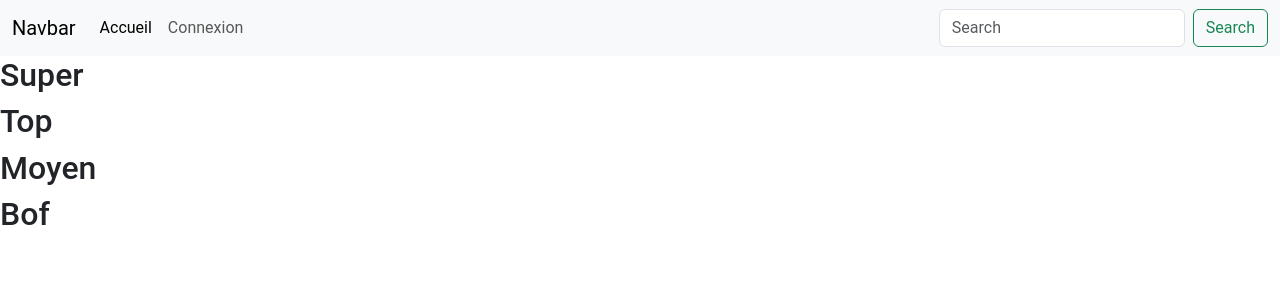
Repository: tecouz/Angular
Page: / (app in projet Angular/demo-angular-dfs2-g2/)
The author's editor kept a copy of each file at every save. The page is drawn from the files as they stood at one save, then again after the next save.
The browser window is 1280 px wide. The pictures show the whole page.
The project was rebuilt for these pictures with package versions that can differ from the ones it lists, and the page was loaded fresh each time. Also part of the build but not shown: projet Angular/demo-angular-dfs2-g2/angular.json, projet Angular/demo-angular-dfs2-g2/src/app/pages/connexion/connexion.component.ts, projet Angular/demo-angular-dfs2-g2/src/app/pages/page404/page404.component.ts.

Above is the page before, as saved 2024-11-25 11:32:25.

After the next save:
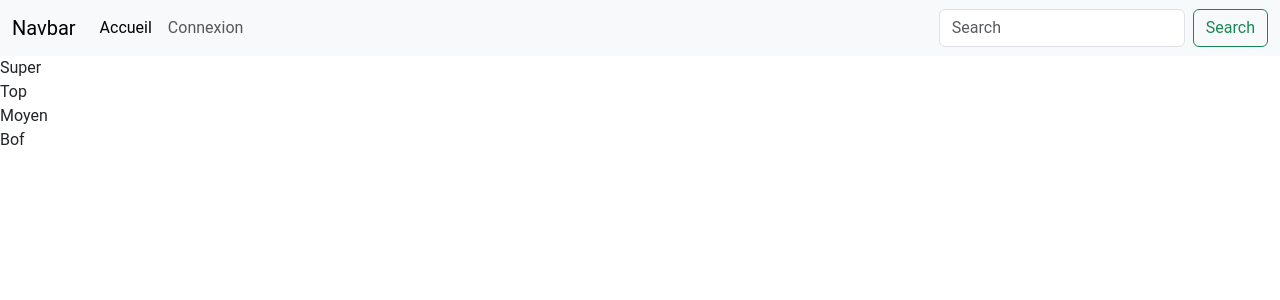
Saved 12 s later.
--- a/projet Angular/demo-angular-dfs2-g2/src/app/pages/accueil/accueil.component.html
+++ b/projet Angular/demo-angular-dfs2-g2/src/app/pages/accueil/accueil.component.html
@@ -1,4 +1,4 @@
 @for (categorie of listeCategories; track $index) {
 
-    <h2>{{categorie}}</h2>
+    <div>{{categorie}}</div>
 }
